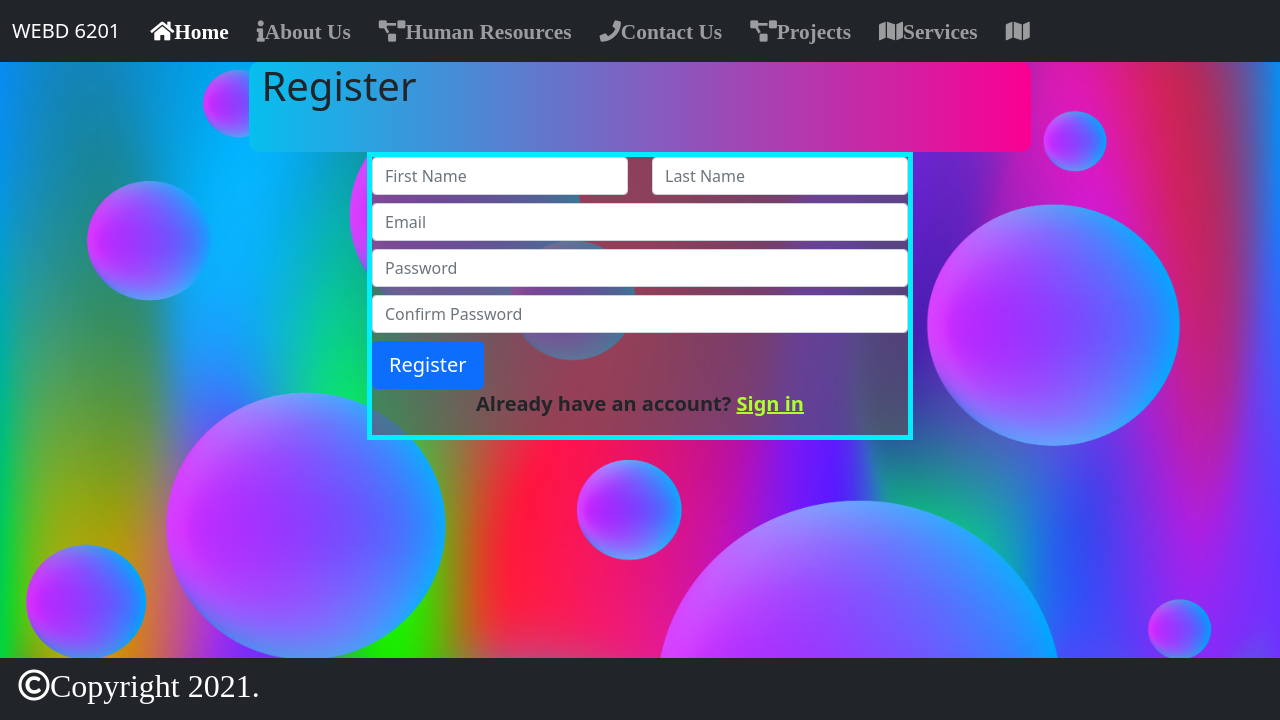
Repository: vans12345678/WEBD6201-W2021-Lab2
Page: register.html
These files come from the project's save history. The page is drawn as it stood at one moment and after the next save; the edit follows.
The browser window is 1280 px wide. The pictures show the whole page.

Above is the page before, as saved 2021-02-24 19:52:44.

After the next save:
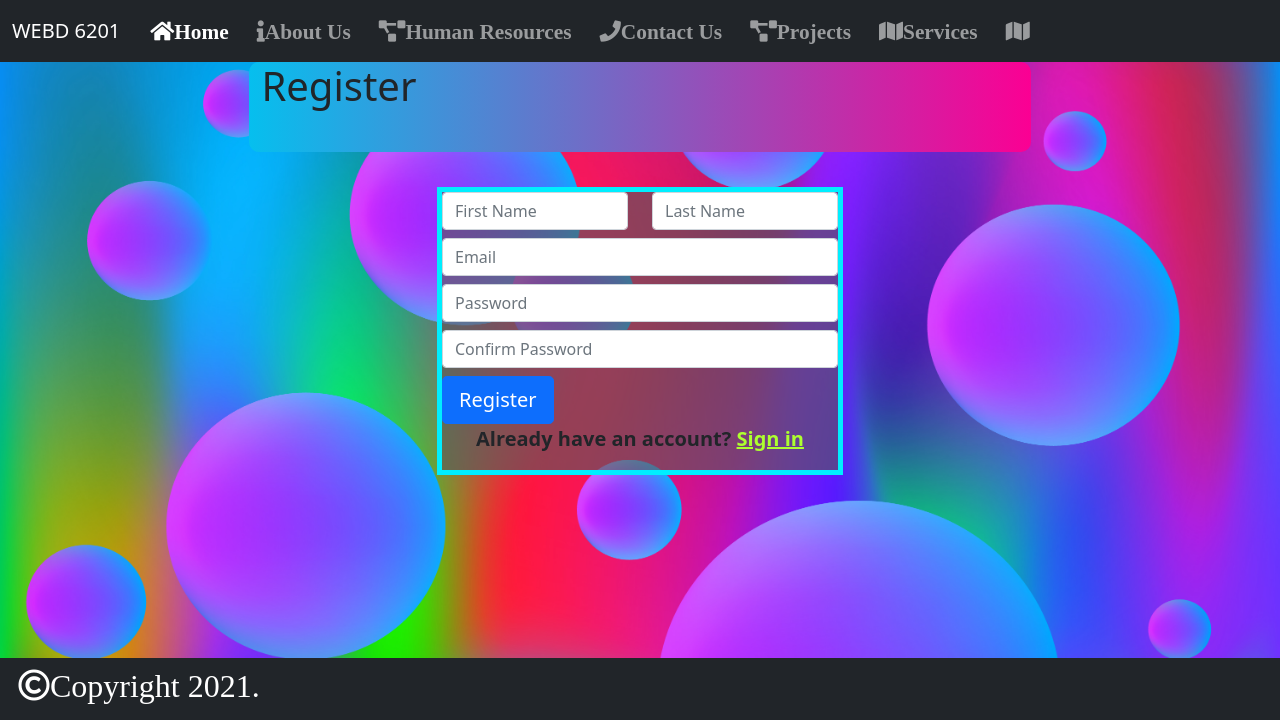
Saved 29 s later.
--- a/register.html
+++ b/register.html
@@ -51,7 +51,7 @@
         <div class="row">
             <div class="offset-md-3 col-md-6 col-sm-12">
                   <div class="login" id="contentArea"></div>
-                      <form class = "fromBackground" id="registerForm" novalidate>
+                      <form class = "fromBackground formMargin" id="registerForm" novalidate>
                         <div class="form-group mb-2">
                           <div class="row">
                             <div class="col-md-6">

After the save that followed:
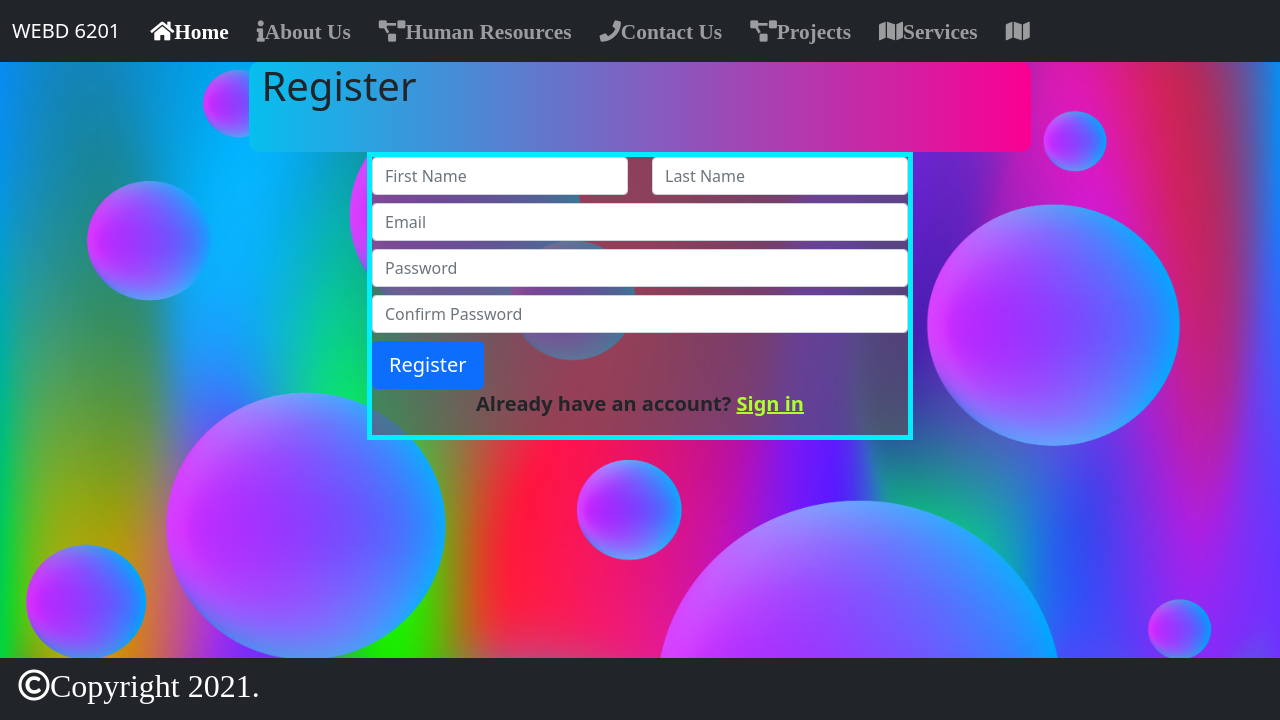
Saved 11 s later.
--- a/register.html
+++ b/register.html
@@ -51,7 +51,7 @@
         <div class="row">
             <div class="offset-md-3 col-md-6 col-sm-12">
                   <div class="login" id="contentArea"></div>
-                      <form class = "fromBackground formMargin" id="registerForm" novalidate>
+                      <form class = "fromBackground " id="registerForm" novalidate>
                         <div class="form-group mb-2">
                           <div class="row">
                             <div class="col-md-6">
